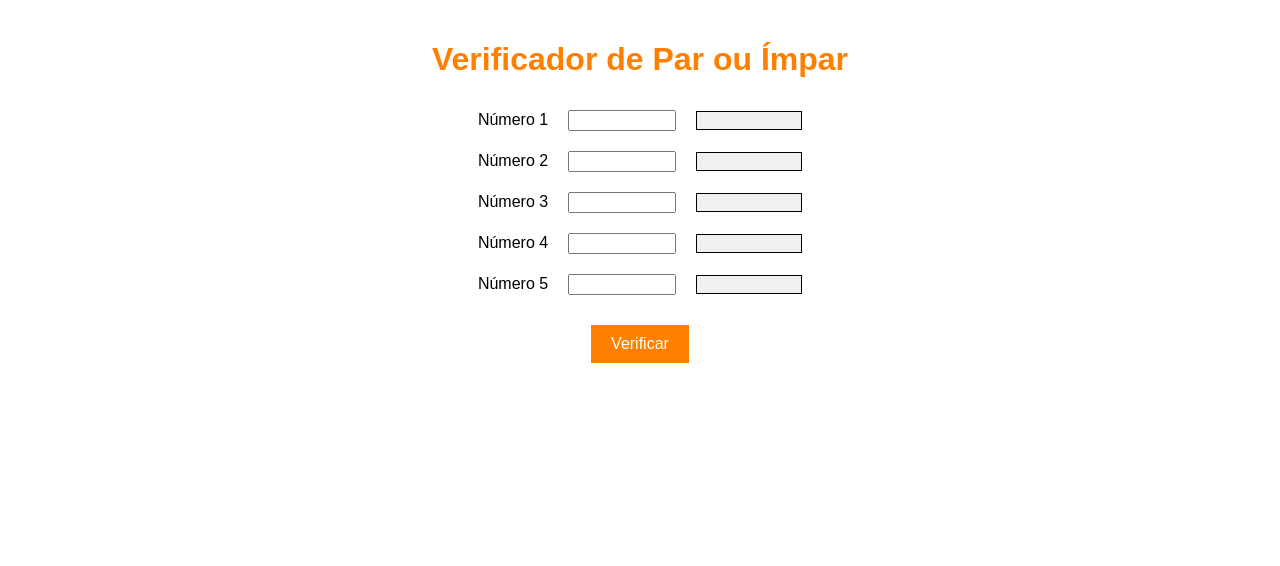
Repository: Gabrielb0rn/JavaScript-HTML.io
Page: atividade 9/index.html
An editor plug-in stored every save of this project. The page is shown before and after a run of saves, followed by the edit.
The browser window is 1280 px wide. The pictures show the whole page.

Above is the page before, as saved 2024-07-04 11:26:19.
Not found: atividade 9/assets/script.js

After the next 3 saves:
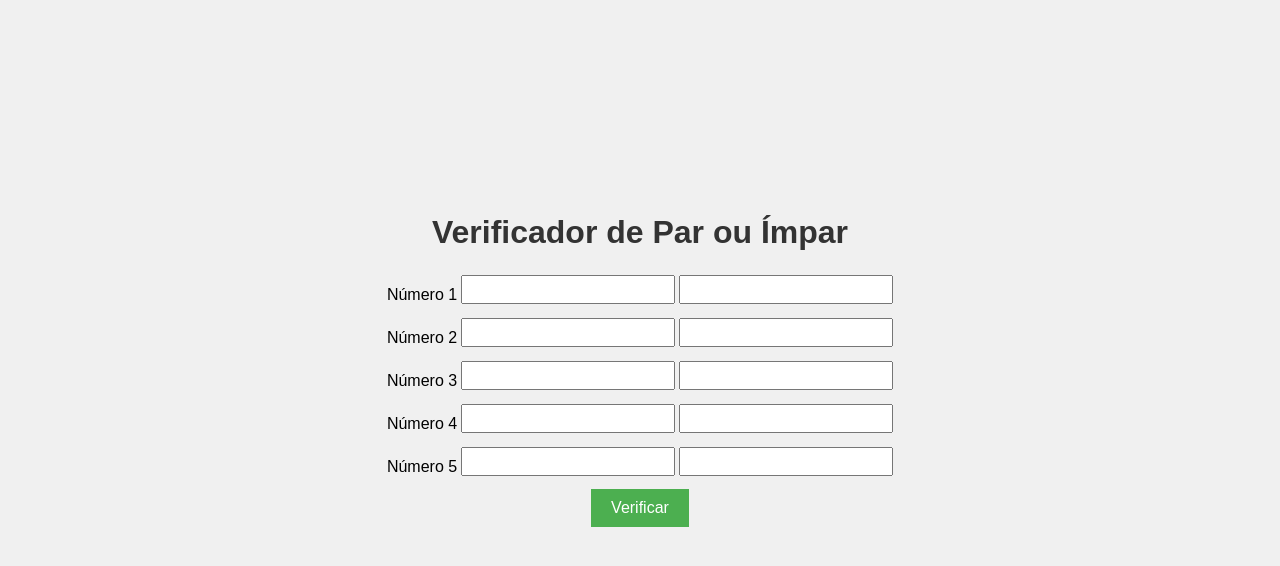
The 3 saves are shown as one change because they came seconds apart.
The last was saved 15 s later.
--- a/atividade 9/index.html
+++ b/atividade 9/index.html
@@ -4,53 +4,7 @@
     <meta charset="UTF-8">
     <meta name="viewport" content="width=device-width, initial-scale=1.0">
     <title>Verificador de Par ou Ímpar</title>
-    <style>
-        body {
-            font-family: Arial, sans-serif;
-            display: flex;
-            flex-direction: column;
-            align-items: center;
-            margin: 0;
-            padding: 20px;
-        }
-
-        h1 {
-            color: #FF7F00;
-        }
-
-        table {
-            border-collapse: collapse;
-            margin-bottom: 20px;
-        }
-
-        th, td {
-            padding: 10px;
-            text-align: left;
-        }
-
-        input[type="number"], input[type="text"] {
-            width: 100px;
-            text-align: center;
-        }
-
-        input[type="text"] {
-            background-color: #f0f0f0;
-            border: 1px solid #000;
-        }
-
-        button {
-            background-color: #FF7F00;
-            color: white;
-            border: none;
-            padding: 10px 20px;
-            cursor: pointer;
-            font-size: 16px;
-        }
-
-        button:hover {
-            background-color: #e66a00;
-        }
-    </style>
+    <link rel="stylesheet" href="assets/style.css">
 </head>
 <body>
     <h1>Verificador de Par ou Ímpar</h1>

After the save that followed:
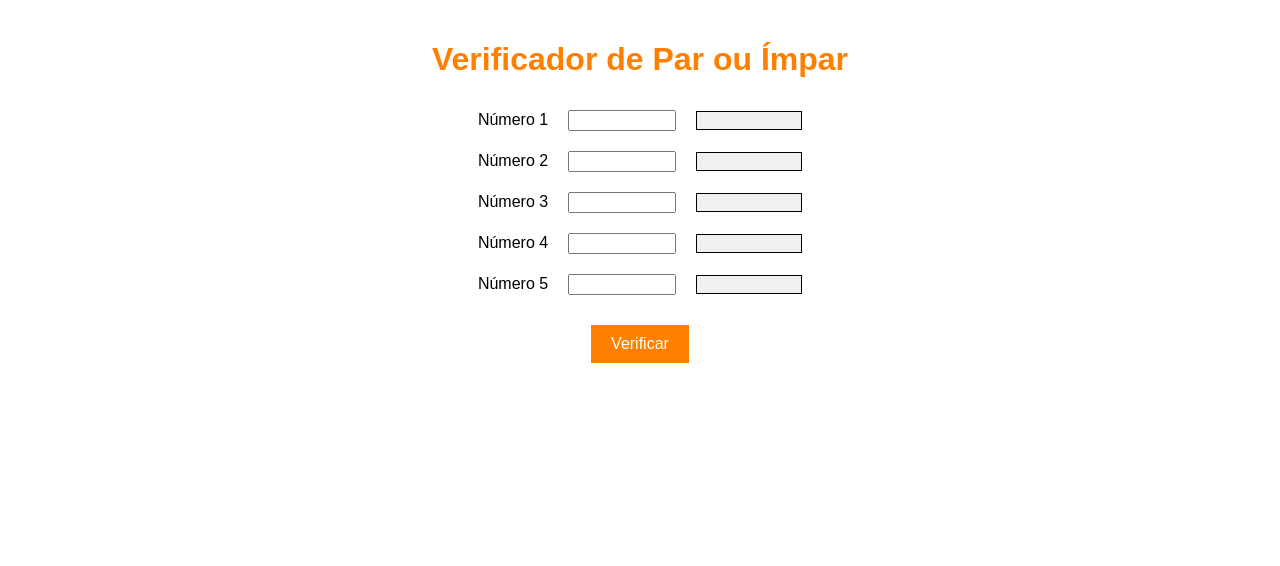
Saved 6 s later.
--- a/atividade 9/assets/style.css
+++ b/atividade 9/assets/style.css
@@ -3,35 +3,43 @@ body {
     display: flex;
     flex-direction: column;
     align-items: center;
-    justify-content: center;
-    height: 100vh;
+    margin: 0;
+    padding: 20px;
+}
+
+h1 {
+    color: #FF7F00;
+}
+
+table {
+    border-collapse: collapse;
+    margin-bottom: 20px;
+}
+
+th, td {
+    padding: 10px;
+    text-align: left;
+}
+
+input[type="number"], input[type="text"] {
+    width: 100px;
+    text-align: center;
+}
+
+input[type="text"] {
     background-color: #f0f0f0;
-    margin: 0;
+    border: 1px solid #000;
 }
-h1 {
-    color: #333;
-}
-label {
-    margin: 10px 0 5px;
-}
-input {
-    padding: 5px;
-    margin-bottom: 10px;
-    width: 200px;
-}
+
 button {
-    padding: 10px 20px;
-    background-color: #4CAF50;
+    background-color: #FF7F00;
     color: white;
     border: none;
+    padding: 10px 20px;
     cursor: pointer;
     font-size: 16px;
 }
+
 button:hover {
-    background-color: #45a049;
+    background-color: #e66a00;
 }
-#resultado {
-    margin-top: 20px;
-    font-size: 18px;
-    color: #333;
-}
